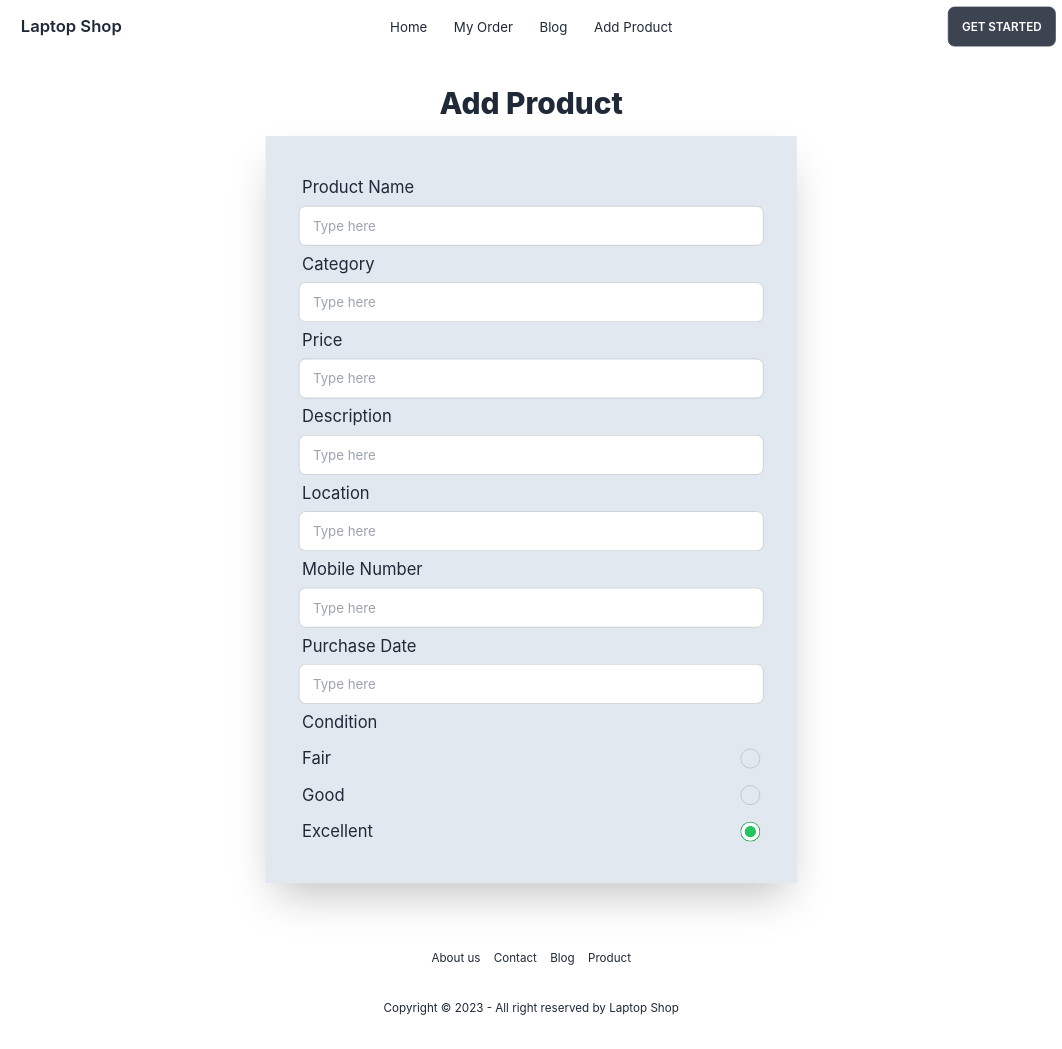
Repository: mdsajib50/E-commerce
Page: /add-product
An editor plug-in stored every save of this project. The page is shown before and after a run of saves, followed by the edit.
The browser window is 1280 px wide. The pictures show the whole page, at 83% of full size.
The project was rebuilt for these pictures with package versions that can differ from the ones it lists, and the page was loaded fresh each time. Also part of the build but not shown: src/Pages/Home/Banner/Banner.js, src/Pages/Home/Product/ProductCard.js, src/Pages/Home/Product/Product.js, src/Pages/Home/Home/Home.js.

Above is the page before, as saved 2023-01-11 23:25:19.

### src/App.js
import logo from './logo.svg';
import './App.css';
import { RouterProvider } from 'react-router';
import router from './Routes/Router';

function App() {
  return (
    <div className="App">
        <RouterProvider router={router}></RouterProvider>
    </div>
  );
}

export default App;

### src/Routes/Router.js
import React from 'react';
import { createBrowserRouter } from 'react-router-dom';
import Main from '../Layout/Main/Main';
import AddProduct from '../Pages/AddProduct/AddProduct';
import Home from '../Pages/Home/Home/Home';

const router = createBrowserRouter([
    {
        path: '/',
        element: <Main></Main>,
        children:[
            {
                path:'/',
                element:<Home></Home>
            },
            {
                path:'/home',
                element:<Home></Home>
            },
            {
                path: '/add-product',
                element: <AddProduct></AddProduct>
            }
        ]
    }
])

export default router;

### src/Layout/Main/Main.js
import React from 'react';
import { Outlet } from 'react-router';
import Footer from '../../Pages/Shared/Footer/Footer';
import Header from '../../Pages/Shared/Header/Header';

const Main = () => {
    return (
        <div>
            <Header></Header>
            <Outlet></Outlet>
            <Footer></Footer>
        </div>
    );
};

export default Main;

### src/Pages/AddProduct/AddProduct.js
import React from 'react';

const AddProduct = () => {
    return (
        <div className='my-10'>
            <h1 className='text-center font-extrabold text-4xl'>Add Product</h1>
           <div className=' text-center w-1/2 mx-auto shadow-2xl bg-slate-200 p-10 mt-5'>
                <form>
                    <div className="form-control">
                        <label className="label">
                            <span className="label-text text-xl">Product Name</span>
                        </label>
                        <input type="text" name='product_name' placeholder="Type here" className="input input-bordered" />
                    </div>
                    <div className="form-control">
                        <label className="label">
                            <span className="label-text text-xl">Category</span>
                        </label>
                        <input type="text" name='category' placeholder="Type here" className="input input-bordered" />
                    </div>
                    <div className="form-control">
                        <label className="label">
                            <span className="label-text text-xl">Price</span>
                        </label>
                        <input type="text" name='price' placeholder="Type here" className="input input-bordered" />
                    </div>
                    <div className="form-control">
                        <label className="label">
                            <span className="label-text text-xl">Description</span>
                        </label>
                        <input type="text" name='description' placeholder="Type here" className="input input-bordered" />
                    </div>
                    <div className="form-control">
                        <label className="label">
                            <span className="label-text text-xl">Location</span>
                        </label>
                        <input type="text" name='location' placeholder="Type here" className="input input-bordered" />
                    </div>
                    <div className="form-control">
                        <label className="label">
                            <span className="label-text text-xl">Mobile Number</span>
                        </label>
                        <input type="text" name='mobile' placeholder="Type here" className="input input-bordered" />
                    </div>
                    <div className="form-control">
                        <label className="label">
                            <span className="label-text text-xl">Purchase Date </span>
                        </label>
                        <input type="text" name='date' placeholder="Type here" className="input input-bordered" />
                    </div>
                    <div className="form-control rounded-xl">
                    <label className="label">
                            <span className="label-text text-xl">Condition </span>
                        </label>
                        <div className="form-control">
                            <label className="label cursor-pointer">
                                <span className="label-text text-xl">Fair</span>
                                <input type="radio" value='fair' name="condition" className="radio checked:bg-red-500" checked />
                            </label>
                            </div>
                            <div className="form-control">
                            <label className="label cursor-pointer">
                                <span className="label-text text-xl">Good</span>
                                <input type="radio" value='good' name="condition" className="radio checked:bg-blue-500" checked />
                            </label>
                        </div>
                            <div className="form-control">
                            <label className="label cursor-pointer">
                                <span className="label-text text-xl">Excellent</span>
                                <input type="radio" value='excellent' name="condition" className="radio checked:bg-green-500" checked />
                            </label>
                        </div>
                    </div>
                    </form>
           </div>
        </div>
    );
};

export default AddProduct;

### src/Pages/Shared/Footer/Footer.js
import React from 'react';

const Footer = () => {
    return (
        <footer className="footer footer-center p-10 text-base-content rounded mt-10">
            <div className="grid grid-flow-col gap-4">
                <a className="link link-hover">About us</a>
                <a className="link link-hover">Contact</a>
                <a className="link link-hover">Blog</a>
                <a className="link link-hover">Product</a>
            </div>
            <div>
                <p>Copyright © 2023 - All right reserved by Laptop Shop</p>
            </div>
</footer>
    );
};

export default Footer;

### src/Pages/Shared/Header/Header.js
import React from 'react';
import { Link } from 'react-router-dom';

const Header = () => {
    return (
        <div className="navbar bg-base-100">
        <div className="navbar-start">
            <div className="dropdown">
            <label tabIndex={0} className="btn btn-ghost lg:hidden">
                <svg xmlns="http://www.w3.org/2000/svg" className="h-5 w-5" fill="none" viewBox="0 0 24 24" stroke="currentColor"><path strokeLinecap="round" strokeLinejoin="round" strokeWidth="2" d="M4 6h16M4 12h8m-8 6h16" /></svg>
            </label>
            <ul tabIndex={0} className="menu menu-compact dropdown-content mt-3 p-2 shadow bg-base-100 rounded-box w-52">
                <li><Link to='/home'>Home</Link></li>
                <li><Link to='/myorder'>My Order</Link></li>
                <li><Link to='/blog'>Blog</Link></li>
                <li><Link to='/add-product'>Add A Product</Link></li>
            </ul>
            </div>
            <a className="btn btn-ghost normal-case text-xl">Laptop Shop</a>
        </div>
        <div className="navbar-center hidden lg:flex">
            <ul className="menu menu-horizontal px-1">
                <li><Link to='/home'>Home</Link></li>
                <li><Link to='/myorder'>My Order</Link></li>
                <li><Link to='/blog'>Blog</Link></li>
                <li><Link to='/add-product'>Add Product</Link></li>
            </ul>
        </div>
        <div className="navbar-end">
            <a className="btn">Get started</a>
        </div>
</div>
    );
};

export default Header;

Loaded but not shown: src/index.js (common file); src/index.css (common file); src/reportWebVitals.js (common file); src/App.css (common file); tailwind.config.js (common file)

After the next 3 saves:
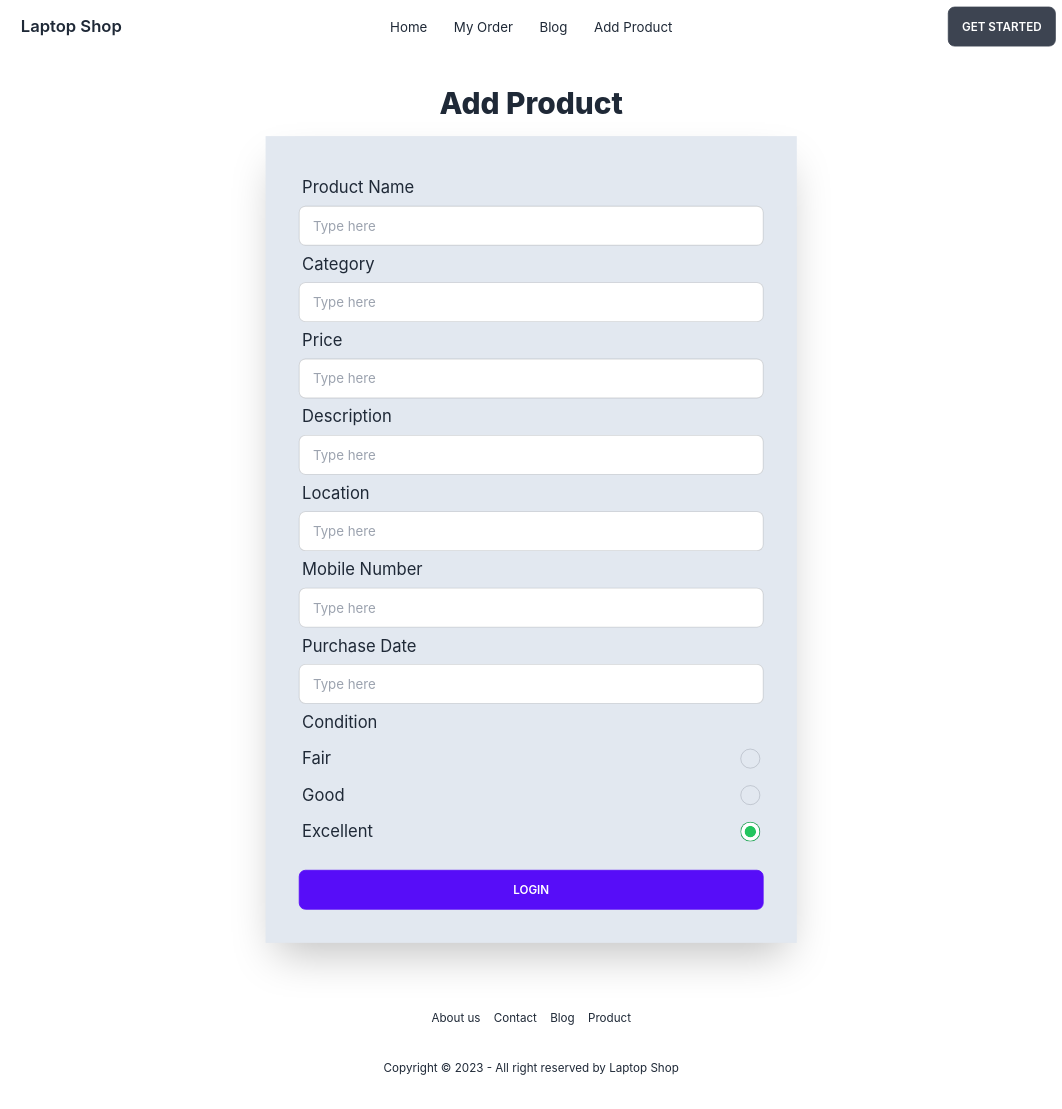
The 3 saves are shown as one change because they came seconds apart.
The last was saved 82 s later.
--- a/src/Pages/AddProduct/AddProduct.js
+++ b/src/Pages/AddProduct/AddProduct.js
@@ -70,6 +70,9 @@ const AddProduct = () => {
                                 <input type="radio" value='excellent' name="condition" className="radio checked:bg-green-500" checked />
                             </label>
                         </div>
+                        <div className="form-control mt-6">
+          <button className="btn btn-primary">Login</button>
+        </div>
                     </div>
                     </form>
            </div>
